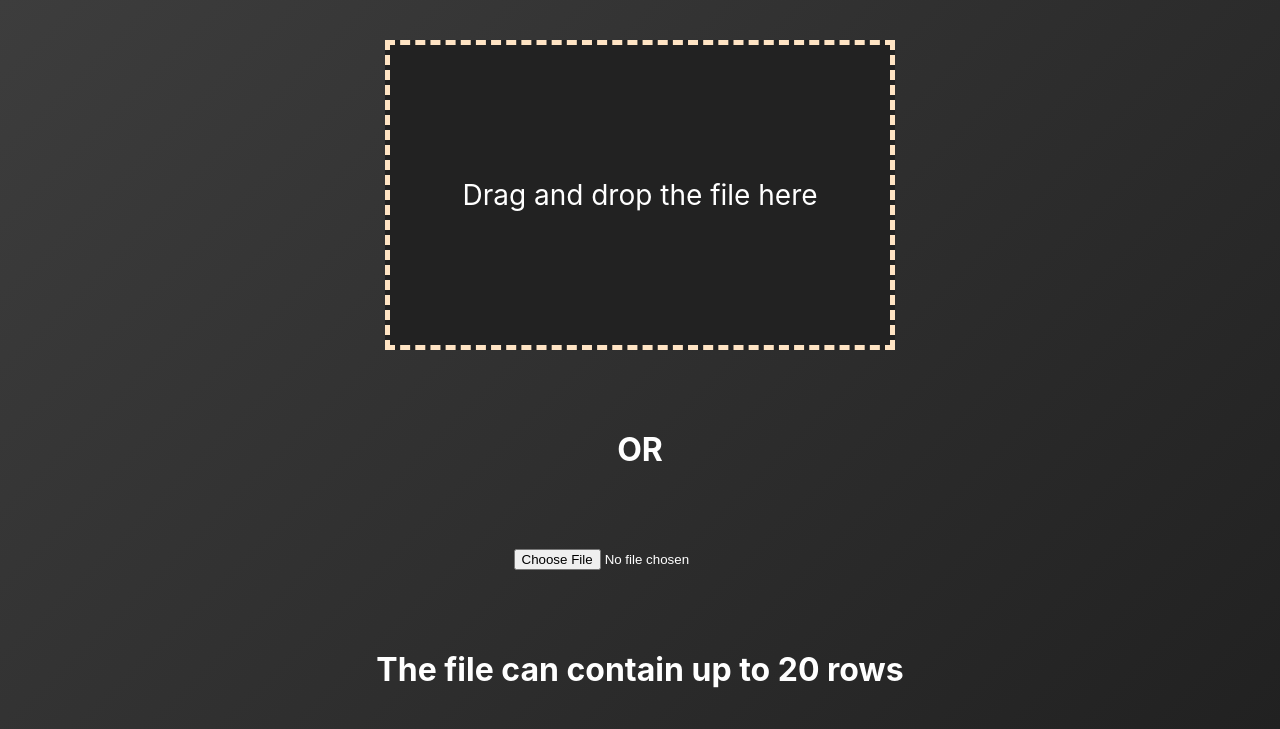
Repository: RXBVK/rt-map
Page: /
These files come from the project's save history. The page is drawn as it stood at one moment and after the next save; the edit follows.
The browser window is 1280 px wide. The pictures show the whole page.
The project was rebuilt for these pictures with package versions that can differ from the ones it lists, and the page was loaded fresh each time.

Above is the page before, as saved 2021-07-21 14:11:13.

### src/styles/index.css
* {
  margin: 0;
}
body {
  font-family: -apple-system, BlinkMacSystemFont, "Roboto", sans-serif;
  -webkit-font-smoothing: antialiased;
  -moz-osx-font-smoothing: grayscale;
  color: white;
}

::selection {
  background-color: bisque;
  color: black;
}

code {
  font-family: source-code-pro, Menlo, Monaco, Consolas, "Courier New",
    monospace;
}

### src/App.js
import React, { useState } from "react";
import CsvUploader from "./components/CsvUploader/CsvUploader";
import "./styles/app.css";

function App() {
  const [uploadedRows, setUploadedRows] = useState([]);
  return (
    <div className="main__container">
      <CsvUploader setUploadedRows={setUploadedRows} />
    </div>
  );
}

export default App;

### src/components/CsvUploader/CsvUploader.js
import React, { useState } from "react";
import "./styles/csv-uploader.css";

export default function CsvUploader(props) {
  const [uploadError, setUploadError] = useState(false);

  const handleFileUpload = (e) => {
    let file = e.target.files[0];
    let reader = new FileReader();
    reader.addEventListener("load", () => {
      let lineEnd = `${String.fromCharCode(13)}${String.fromCharCode(10)}`;
      let result = reader.result;
      let rows = result.split(lineEnd);
      console.log(rows);
      if (rows.length > 20) {
        props.setUploadError(true);
      } else {
        props.setUploadedRows(rows);
      }
    });
    reader.readAsText(file);
  };

  return (
    <div className="csv-uploader__container">
      <div className="csv-uploader__dropzone">Drag and drop the file here</div>
      <h1>OR</h1>
      {/* <label for="csv-uploader__input" className="csv-uploader__label">
        Upload from desktop
      </label>
      <input type="file" id="csv-uploader__input" /> */}
      <input type="file" accept=".csv" onChange={(e) => handleFileUpload(e)} />
      <div
        styles={{ width: "100%", height: "100px", backgroundColor: "bisque" }}
      >
        <h1 styles={{ color: "red", fontSize: "24px" }}>
          The file can contain up to 20 rows
        </h1>
      </div>
    </div>
  );
}

### src/styles/app.css
.main__container {
  min-height: 100vh;
  width: 100%;
  background: linear-gradient(135deg, #3d3d3d, #212121);
  display: -webkit-box;
  display: -ms-flexbox;
  display: flex;
  -webkit-box-orient: vertical;
  -webkit-box-direction: normal;
      -ms-flex-direction: column;
          flex-direction: column;
  -webkit-box-align: center;
      -ms-flex-align: center;
          align-items: center;
  text-align: center;
  -webkit-box-pack: center;
      -ms-flex-pack: center;
          justify-content: center;
}

.main__container > * {
  -webkit-animation: fadein 800ms;
          animation: fadein 800ms;
}

.button--primary {
  cursor: pointer;
  width: 200px;
  height: 45px;
  background-color: bisque;
  color: black;
  border-radius: 8px;
  font-weight: 700;
  font-size: 16px;
  -webkit-transition: all 200ms ease-out;
  transition: all 200ms ease-out;
}

.button--primary:hover {
  -webkit-filter: brightness(0.8);
          filter: brightness(0.8);
}

@-webkit-keyframes fadein {
  0% {
    opacity: 0;
  }
  100% {
    opacity: 1;
  }
}

@keyframes fadein {
  0% {
    opacity: 0;
  }
  100% {
    opacity: 1;
  }
}
/*# sourceMappingURL=app.css.map */

### src/components/CsvUploader/styles/csv-uploader.css
.csv-uploader__container {
  display: -webkit-box;
  display: -ms-flexbox;
  display: flex;
  -webkit-box-orient: vertical;
  -webkit-box-direction: normal;
      -ms-flex-direction: column;
          flex-direction: column;
  -webkit-box-align: center;
      -ms-flex-align: center;
          align-items: center;
  -webkit-box-pack: center;
      -ms-flex-pack: center;
          justify-content: center;
}

.csv-uploader__container > * {
  margin: 40px 0;
}

.csv-uploader__container .csv-uploader__dropzone {
  cursor: pointer;
  -webkit-box-align: center;
      -ms-flex-align: center;
          align-items: center;
  -webkit-box-pack: center;
      -ms-flex-pack: center;
          justify-content: center;
  width: 500px;
  height: 300px;
  border: 5px dashed bisque;
  font-size: 28px;
  background-color: #222222;
}

.csv-uploader__container .csv-uploader__label {
  display: -webkit-box;
  display: -ms-flexbox;
  display: flex;
  -webkit-box-align: center;
      -ms-flex-align: center;
          align-items: center;
  -webkit-box-pack: center;
      -ms-flex-pack: center;
          justify-content: center;
  margin-left: auto;
  margin-right: auto;
}

.csv-uploader__container #csv-uploader__input {
  opacity: 0;
  position: absolute;
}

@media (max-width: 600px) {
  .csv-uploader__or,
  .csv-uploader__dropzone {
    display: none;
  }
}

@media (min-width: 601px) {
  .csv-uploader__or {
    display: block;
  }
  .csv-uploader__dropzone {
    display: -webkit-box;
    display: -ms-flexbox;
    display: flex;
  }
}
/*# sourceMappingURL=csv-uploader.css.map */

Loaded but not shown: public/index.html (common file); src/index.js (common file); src/reportWebVitals.js (common file)

After the next save:
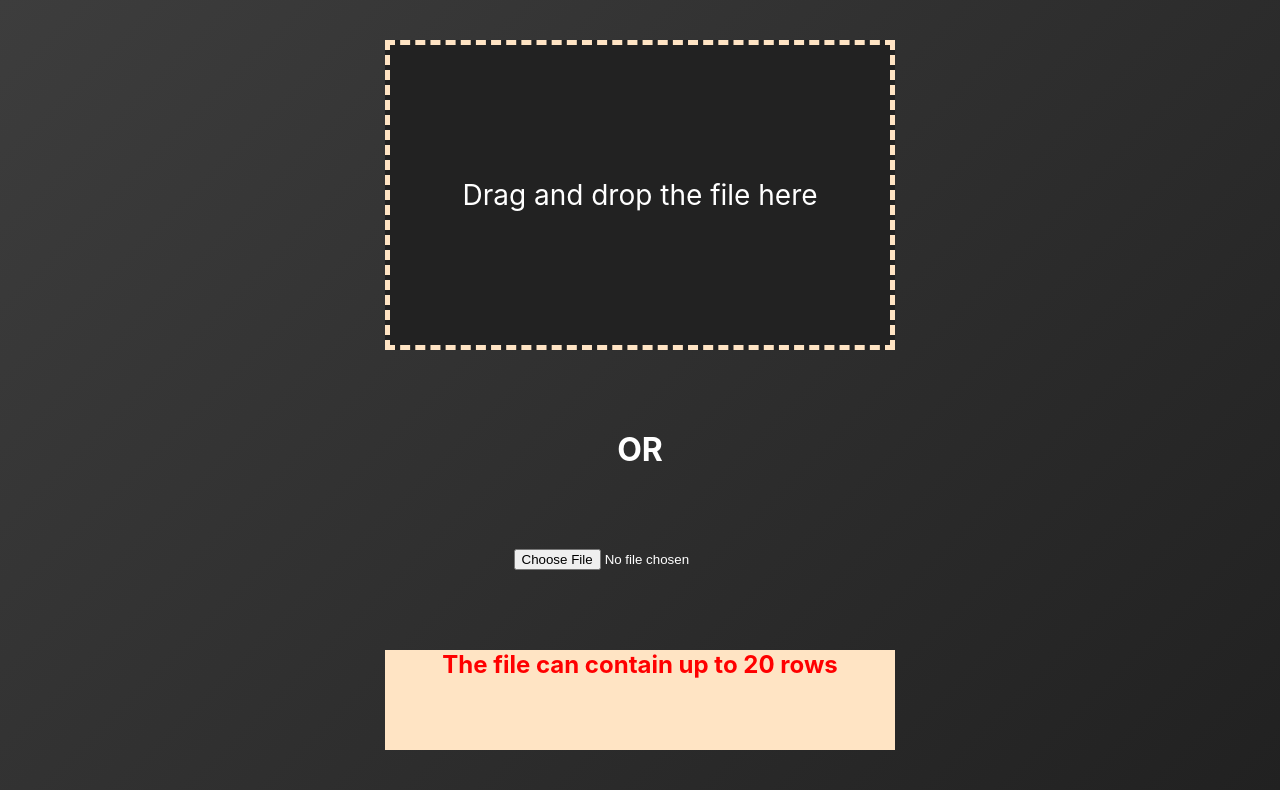
Saved 9 s later.
--- a/src/components/CsvUploader/CsvUploader.js
+++ b/src/components/CsvUploader/CsvUploader.js
@@ -31,9 +31,9 @@
       <input type="file" id="csv-uploader__input" /> */}
       <input type="file" accept=".csv" onChange={(e) => handleFileUpload(e)} />
       <div
-        styles={{ width: "100%", height: "100px", backgroundColor: "bisque" }}
+        style={{ width: "100%", height: "100px", backgroundColor: "bisque" }}
       >
-        <h1 styles={{ color: "red", fontSize: "24px" }}>
+        <h1 style={{ color: "red", fontSize: "24px" }}>
           The file can contain up to 20 rows
         </h1>
       </div>

After the save that followed:
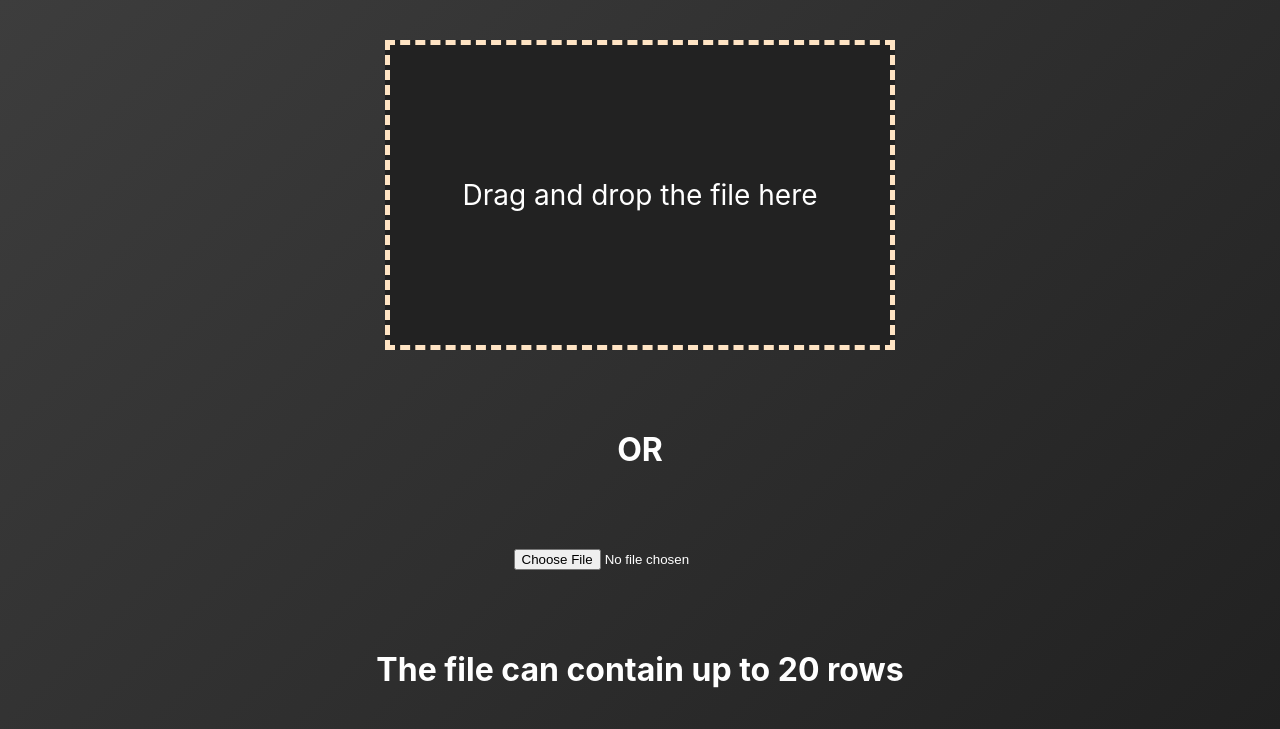
Saved 19 s later.
--- a/src/components/CsvUploader/CsvUploader.js
+++ b/src/components/CsvUploader/CsvUploader.js
@@ -30,12 +30,8 @@
       </label>
       <input type="file" id="csv-uploader__input" /> */}
       <input type="file" accept=".csv" onChange={(e) => handleFileUpload(e)} />
-      <div
-        style={{ width: "100%", height: "100px", backgroundColor: "bisque" }}
-      >
-        <h1 style={{ color: "red", fontSize: "24px" }}>
-          The file can contain up to 20 rows
-        </h1>
+      <div>
+        <h1>The file can contain up to 20 rows</h1>
       </div>
     </div>
   );
